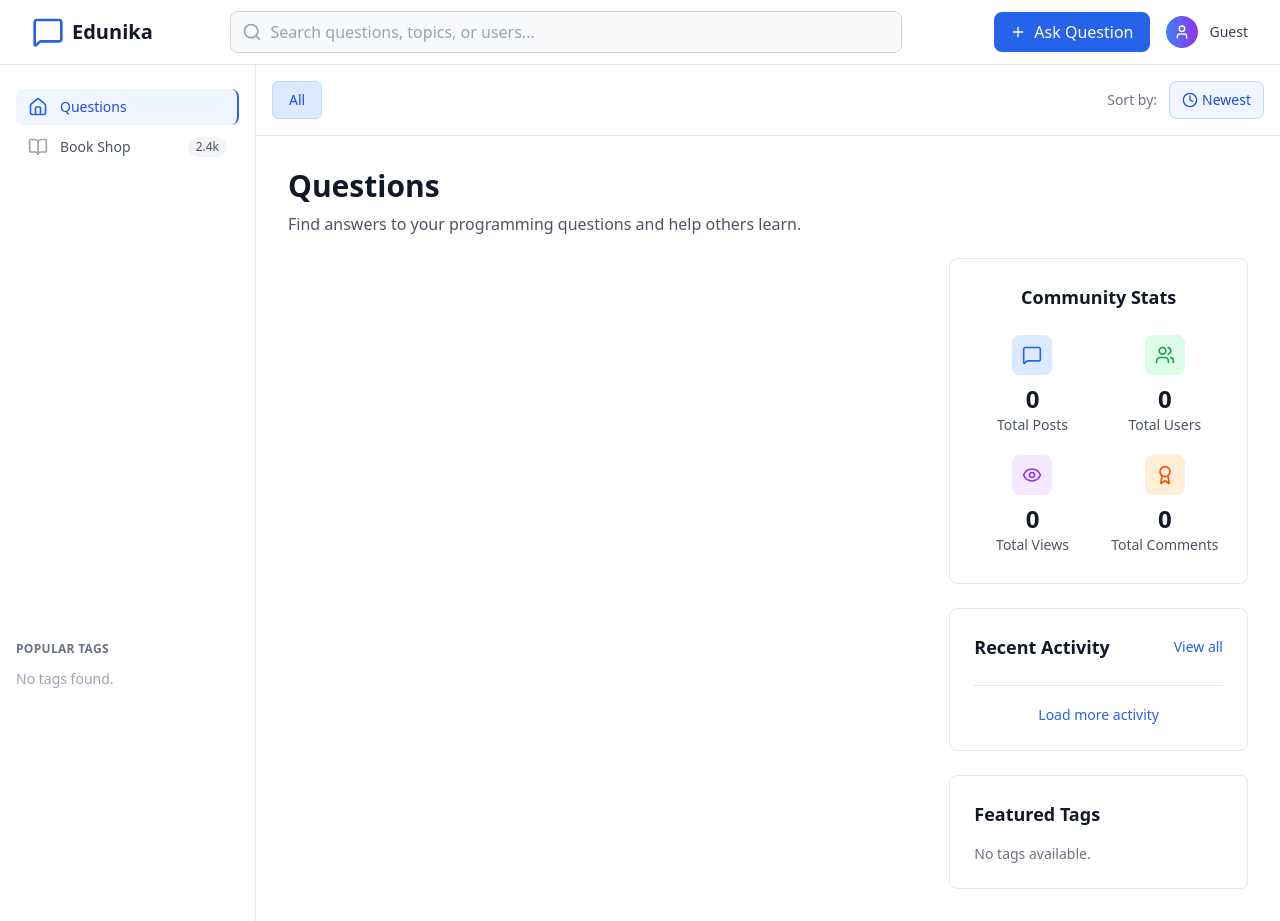
Repository: Ruddro420/forum-front-end
Page: /
An editor plug-in stored every save of this project. The page is shown before and after the next save, followed by the edit.
The browser window is 1280 px wide. The pictures show the whole page.
The page's requests for data from a server got no answer. The project was rebuilt for these pictures with package versions that can differ from the ones it lists, and the page was loaded fresh each time. No one was signed in, and anything a server would have sent is missing. Also part of the build but not shown: vite.config.js, src/Pages/Home.jsx, src/components/Question/QuestionCard.jsx, src/components/Question/AddQuestionSidebar.jsx, src/Pages/AskQuestion.jsx, src/Pages/ShopPage.jsx, src/Pages/QuestionDetail.jsx, src/Pages/ChatInterface.jsx and 7 more.

Above is the page before, as saved 2025-08-07 02:22:51.

After the next save:
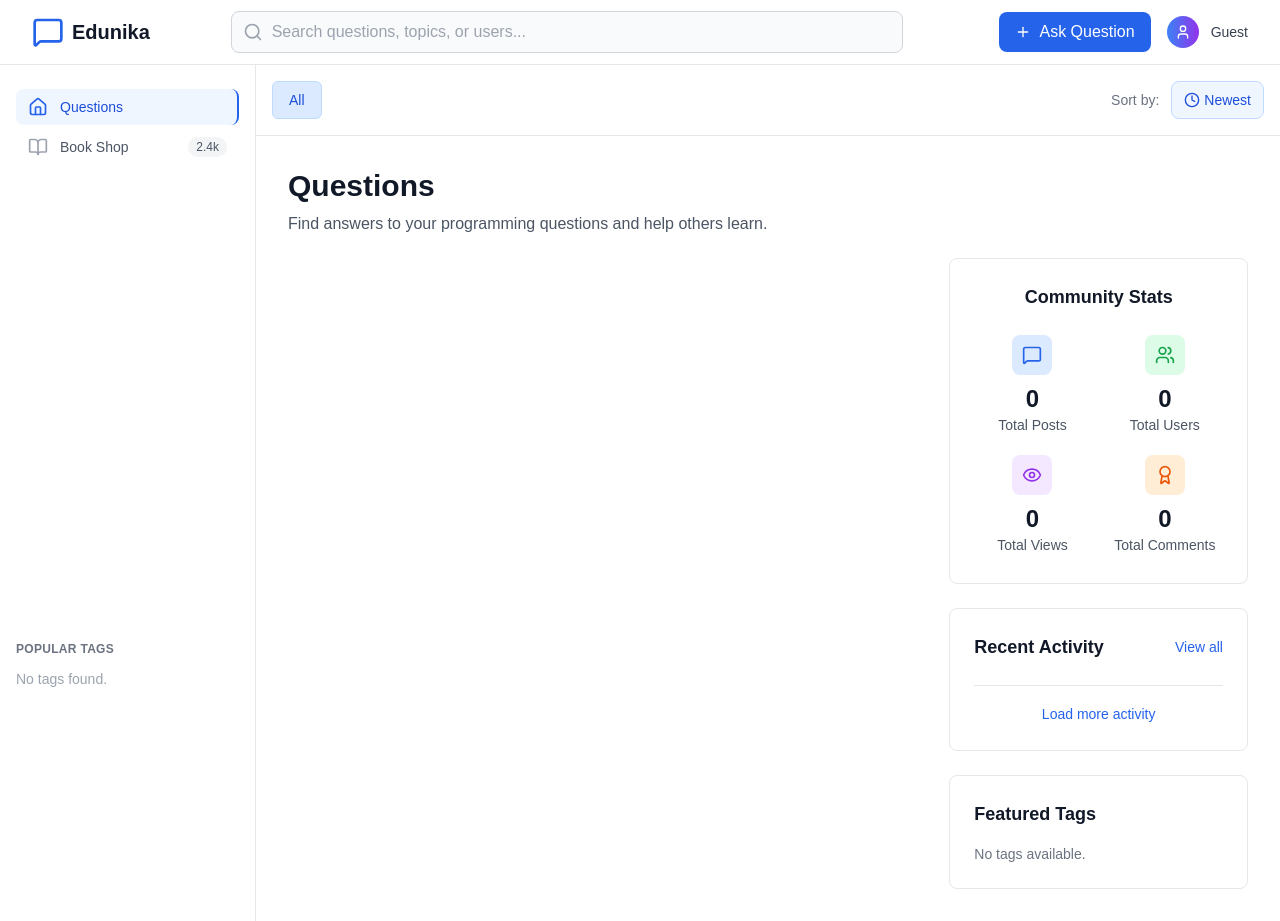
Saved 15 min 39 s later.
--- a/src/index.css
+++ b/src/index.css
@@ -1,6 +1,12 @@
 @tailwind base;
 @tailwind components;
 @tailwind utilities;
+@import url('https://fonts.googleapis.com/css2?family=Hind+Siliguri:wght@300;400;500;600;700&display=swap');
+
+
+body{
+  font-family: "Hind Siliguri", sans-serif!important;
+}
 
 
 

After the save that followed:
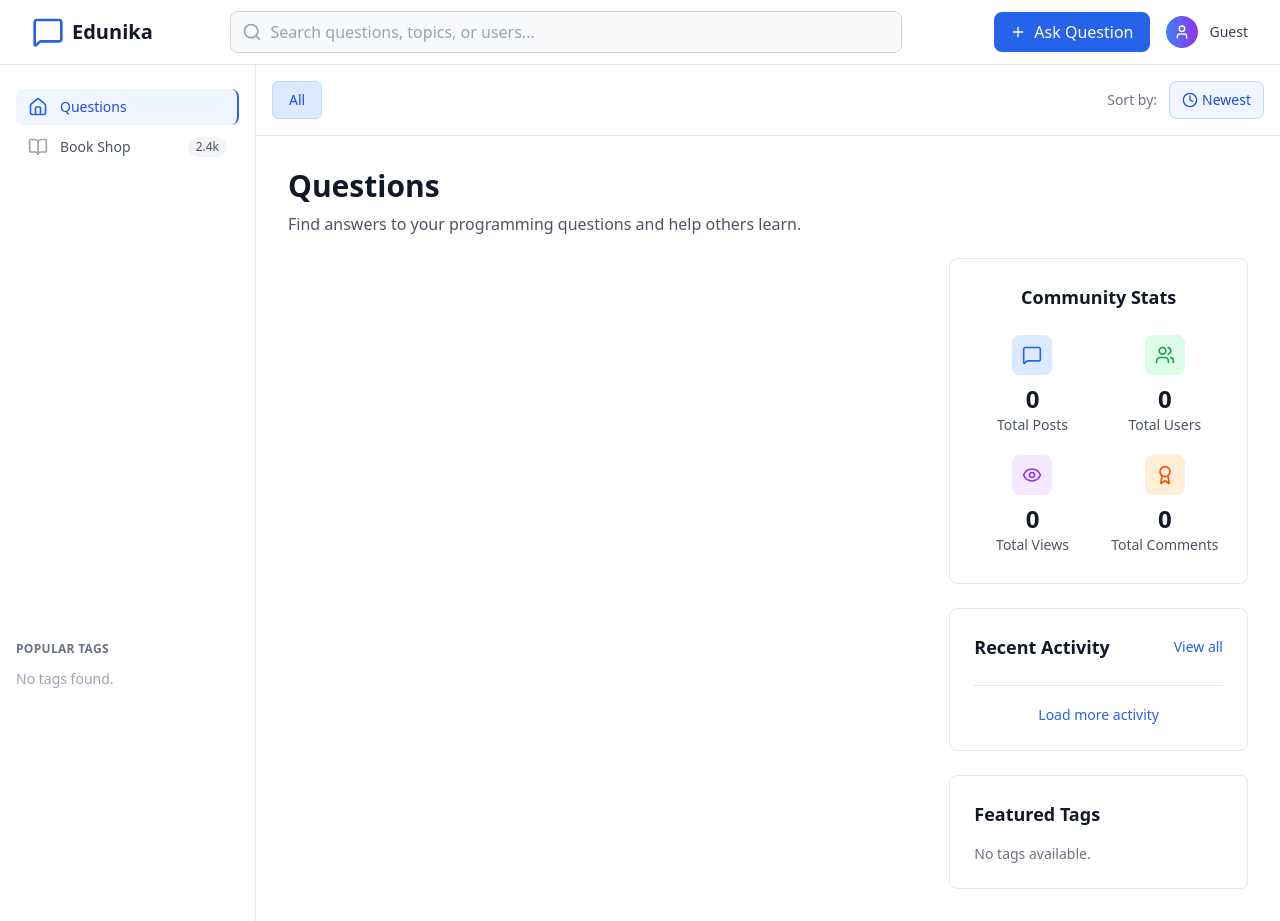
Saved 9 s later.
--- a/src/index.css
+++ b/src/index.css
@@ -4,9 +4,7 @@
 @import url('https://fonts.googleapis.com/css2?family=Hind+Siliguri:wght@300;400;500;600;700&display=swap');
 
 
-body{
-  font-family: "Hind Siliguri", sans-serif!important;
-}
+
 
 
 
